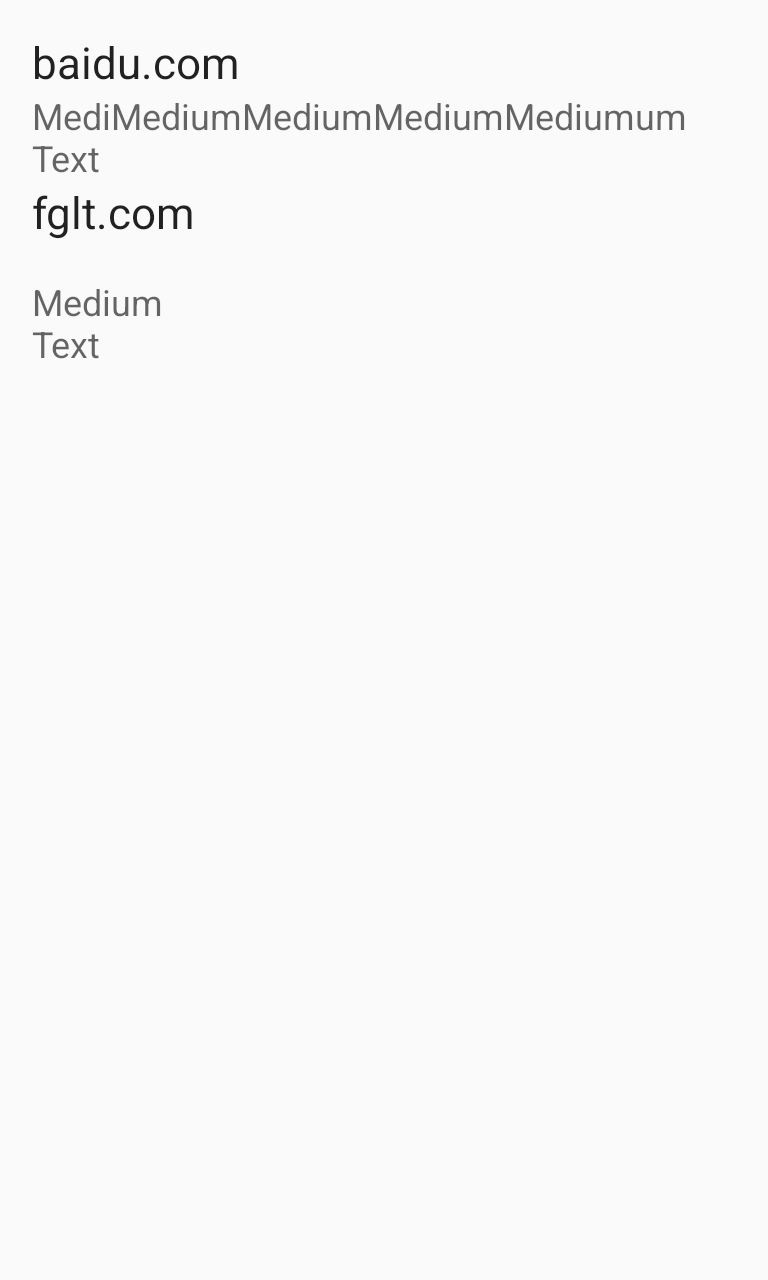
Repository: xiaoniao/home
Layout: android_training/VolleyTraing/res/layout/activity_main.xml
An editor plug-in stored every save of this project. The layout is shown before and after the next save, followed by the edit.
It is drawn on a 768 x 1280 px phone screen (xhdpi) without system bars, with theme AppTheme; the app's code is not run.

Above is the layout before, as saved 2014-09-04 13:12:12.

### android_training/VolleyTraing/res/layout/activity_main.xml
<ScrollView xmlns:android="http://schemas.android.com/apk/res/android"
    xmlns:tools="http://schemas.android.com/tools"
    android:layout_width="match_parent"
    android:layout_height="wrap_content"
    android:paddingBottom="@dimen/activity_vertical_margin"
    android:paddingLeft="@dimen/activity_horizontal_margin"
    android:paddingRight="@dimen/activity_horizontal_margin"
    android:paddingTop="@dimen/activity_vertical_margin"
    tools:context="com.example.volleytraing.MainActivity" >

    <RelativeLayout
        android:layout_width="match_parent"
        android:layout_height="wrap_content" >

        <TextView
            android:id="@+id/textView1"
            android:layout_width="wrap_content"
            android:layout_height="wrap_content"
            android:layout_alignParentTop="true"
            android:text="baidu.com"
            android:textAppearance="?android:attr/textAppearanceLarge" />

        <TextView
            android:id="@+id/textView2"
            android:layout_width="wrap_content"
            android:layout_height="wrap_content"
            android:layout_below="@+id/textView1"
            android:text="MediMediumMediumMediumMediumum Text"
            android:textAppearance="?android:attr/textAppearanceMedium" />

        <TextView
            android:id="@+id/textView3"
            android:layout_width="wrap_content"
            android:layout_height="wrap_content"
            android:layout_below="@+id/textView2"
            android:text="fglt.com"
            android:textAppearance="?android:attr/textAppearanceLarge" />

        <TextView
            android:id="@+id/textView4"
            android:layout_width="wrap_content"
            android:layout_height="wrap_content"
            android:layout_alignRight="@+id/textView3"
            android:layout_below="@+id/textView3"
            android:layout_marginTop="18dp"
            android:text="Medium Text"
            android:textAppearance="?android:attr/textAppearanceMedium" />
    </RelativeLayout>

</ScrollView>

Loaded but not shown: android_training/VolleyTraing/res/values/styles.xml (common file); android_training/VolleyTraing/res/values-v11/styles.xml (common file); android_training/VolleyTraing/res/values-v14/styles.xml (common file); android_training/VolleyTraing/res/values/dimens.xml (common file); android_training/VolleyTraing/res/values-w820dp/dimens.xml (common file)

After the next save:
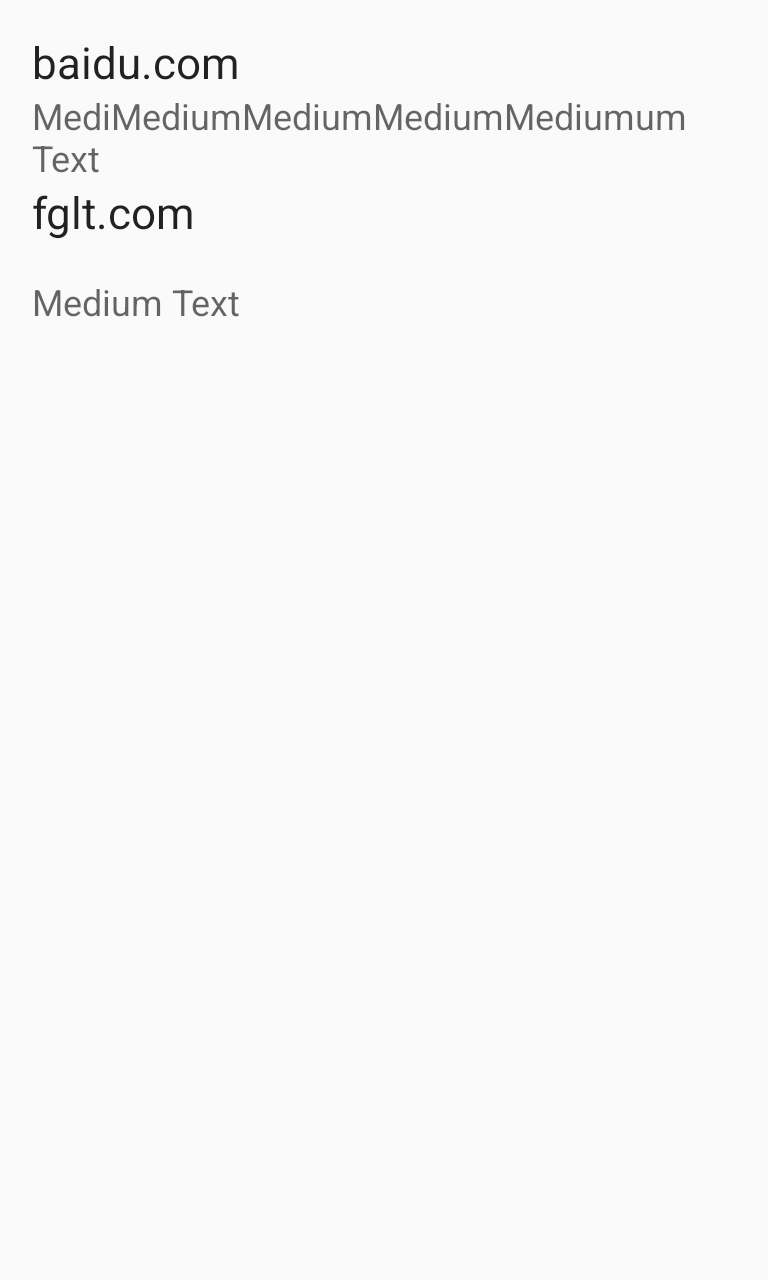
Saved 6 s later.
--- a/android_training/VolleyTraing/res/layout/activity_main.xml
+++ b/android_training/VolleyTraing/res/layout/activity_main.xml
@@ -40,7 +40,6 @@
             android:id="@+id/textView4"
             android:layout_width="wrap_content"
             android:layout_height="wrap_content"
-            android:layout_alignRight="@+id/textView3"
             android:layout_below="@+id/textView3"
             android:layout_marginTop="18dp"
             android:text="Medium Text"
